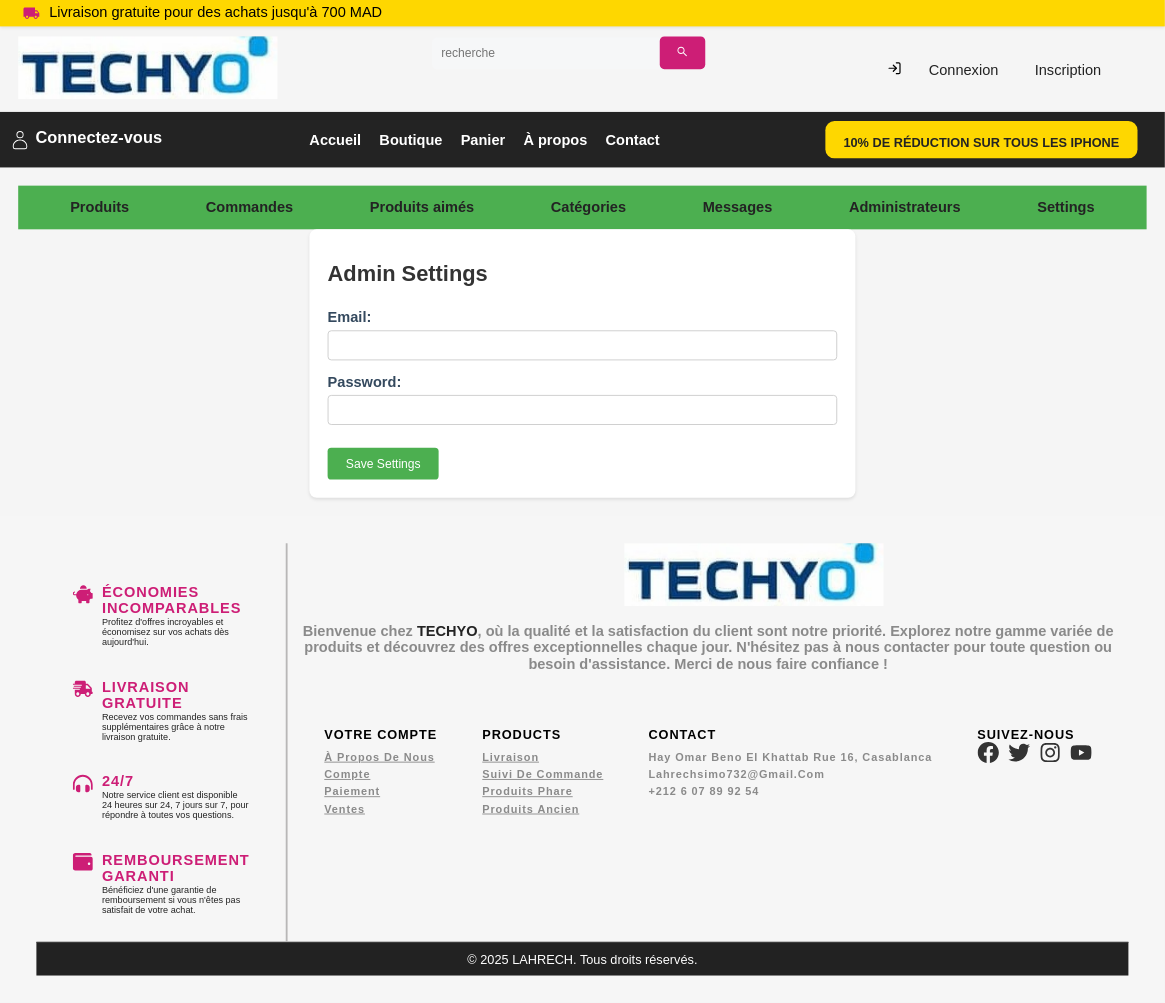
Repository: sebti-cloud/project-modern
Page: /admin-settings (app in ecommerce_website/)
The author's editor kept a copy of each file at every save. The page is drawn from the files as they stood at one save, then again after the next save.
The browser window is 1280 px wide. The pictures show the whole page, at 91% of full size.
The page's requests for data from a server got no answer. The project was rebuilt for these pictures with package versions that can differ from the ones it lists, and the page was loaded fresh each time. No one was signed in, and anything a server would have sent is missing. Also part of the build but not shown: ecommerce_website/src/comp/home.js, ecommerce_website/src/comp/shop.js, ecommerce_website/src/comp/cart.js, ecommerce_website/src/comp/contact.js, ecommerce_website/src/comp/rout.js, ecommerce_website/src/comp/Products.js, ecommerce_website/src/comp/Orders.js, ecommerce_website/src/comp/LikedProducts.js and 26 more.

Above is the page before, as saved 2025-01-08 13:03:49.

### ecommerce_website/src/styles/app.css
/* app.css */
body {
    font-family: Arial, sans-serif;
    margin: 0;
    padding: 0;
    background-color: #f5f5f5;
  }

  h1 {
    color: #333;
  }

  button {
    background-color: #007bff;
    color: white;
    border: none;
    padding: 10px 20px;
    cursor: pointer;
  }

  button:hover {
    background-color: #0056b3;
  }

### ecommerce_website/src/comp/admin.css
/* Style pour la navigation */
.admin-dashboard nav {
    background-color: #4CAF50;
    padding: 15px;
}

.admin-dashboard nav ul {
    list-style: none;
    padding: 0;
    margin: 0;
    display: flex;
    justify-content: space-around;
}

.admin-dashboard nav ul li {
    margin: 0 10px;
}

.admin-dashboard nav ul li a {
    color: #232323;
    text-decoration: none;
    font-weight: 600;
    font-size: 16px;
    transition: color 0.3s;
}

.admin-dashboard nav ul li a:hover {
    color: #f2f2f2;
}

/* Style général pour l'interface admin */
.admin-dashboard {
    font-family: Arial, sans-serif;
    color: #34495e;
    margin: 20px;
}

h1,
h2 {
    margin-top: 15px;
    color: #e74c3c;
    border-bottom: 2px ;
    padding-bottom: 5px;
}
.add_admin{
    margin-top: 15px;
    color: #2c3e50;
    border-bottom: 2px ;
    padding-bottom: 5px;
}

button {
    background-color: #3498db;
    color: white;
    border: none;
    padding: 10px 15px;
    cursor: pointer;
    transition: background-color 0.3s;
    border-radius: 5px;
}

button.validate {
    background-color: #27ae60;
    /* Vert pour Validate */
}

button.delete {
    background-color: #e74c3c;
    /* Rouge pour Delete */
    margin-left: 10px;
}

button:hover {
    background-color: #2980b9;
}

button.validate:hover {
    background-color: #2ecc71;
    /* Vert plus clair au survol */
}

button.delete:hover {
    background-color: #c0392b;
    /* Rouge plus foncé au survol */
}

/* Style des formulaires */
form input[type="text"],
form input[type="number"],
form input[type="file"],
form input[type="password"],
form select[name="role"]{
    padding: 10px;
    border: 1px solid #bdc3c7;
    border-radius: 5px;
    margin-right: 10px;
    width: calc(33% - 20px);
}

form button {
    background-color: #27ae60;
    margin-top: 10px;
}

form button:hover {
    background-color: #2ecc71;
}

/* Style des tableaux */
table {
    width: 100%;
    border-collapse: collapse;
    margin-top: 20px;
}

table thead {
    background-color: #2c3e50;
    color: white;
}

table th,
table td {
    padding: 15px;
    text-align: left;
    border-bottom: 1px solid #ddd;
}

table tbody tr:nth-child(even) {
    background-color: #f2f2f2;
}

table tbody tr:hover {
    background-color: #eaeaea;
}

table img {
    border-radius: 5px;
}

/* Style des messages */
.alert-success {
    color: #27ae60;
}

.alert-danger {
    color: #e74c3c;
}

.liked-products-table {
    width: 100%;
    border-collapse: collapse;
    margin-top: 20px;
}

.liked-products-table th,
.liked-products-table td {
    border: 1px solid #ddd;
    padding: 8px;
    text-align: center;
}



.product-image {
    width: 50px;
    height: 50px;
}

.delete-button {
    background-color: #ff4d4d;
    color: white;
    border: none;
    padding: 5px 10px;
    cursor: pointer;
    border-radius: 5px;
}

.delete-button:hover {
    background-color: #ff1a1a;
}

.products-table {
    width: 100%;
    border-collapse: collapse;
    margin-top: 20px;
}

.products-table th,
.products-table td {
    border: 1px solid #ddd;
    padding: 8px;
    text-align: center;
}

.products-table th {
    background-color: #f2f2f2;
    font-weight: bold;
}

.product-image {
    width: 50px;
    height: 50px;
}

.edit-button,
.delete-button {
    background-color: #4CAF50;
    /* Green */
    color: white;
    border: none;
    padding: 5px 10px;
    cursor: pointer;
    border-radius: 5px;
}

.edit-button {
    margin-right: 5px;
}

.delete-button {
    background-color: #ff4d4d;
    /* Red */
}

.edit-button:hover {
    background-color: #45a049;
}

.delete-button:hover {
    background-color: #ff1a1a;
}

.edit-form {
    margin-top: 20px;
    display: flex;
    flex-direction: column;
    align-items: center;
}

.edit-form input {
    margin: 5px;
    padding: 8px;
    width: 200px;
}

.update-button,
.cancel-button {
    margin: 5px;
    padding: 8px 15px;
    border: none;
    border-radius: 5px;
    cursor: pointer;
}

.update-button {
    background-color: #4CAF50;
    color: white;
}

.cancel-button {
    background-color: #ff4d4d;
    color: white;
}

.update-button:hover {
    background-color: #45a049;
}

.cancel-button:hover {
    background-color: #ff1a1a;
}

.products-table {
    width: 100%;
    border-collapse: collapse;
    margin-top: 20px;
}

.products-table th,
.products-table td {
    border: 1px solid #ddd;
    padding: 8px;
    text-align: center;
}

.products-table th {
    background-color: #2980b9;
    font-weight: bold;
}

.product-image {
    width: 50px;
    height: 50px;
}

.edit-button,
.delete-button,
.type-select {
    background-color: #4CAF50;
    /* Green */
    color: white;
    border: none;
    padding: 5px 10px;
    cursor: pointer;
    border-radius: 5px;
}

.edit-button {
    margin-right: 5px;
    margin-bottom: 10px;
}

.delete-button {
    background-color: #ff4d4d;
    /* Red */
}

.type-select{
    background-color: #fed700;

}
.type-select option{
    color: #232323;
    font-weight: 600;
}


.edit-button:hover {
    background-color: #45a049;
}

.delete-button:hover {
    background-color: #ff1a1a;
}

.edit-form {
    margin-top: 20px;
    display: flex;
    flex-direction: column;
    align-items: center;
}

.edit-form input,
.edit-form select {
    margin: 5px;
    padding: 8px;
    width: 200px;
}

.update-button,
.cancel-button {
    margin: 5px;
    padding: 8px 15px;
    border: none;
    border-radius: 5px;
    cursor: pointer;
}

.update-button {
    background-color: #4CAF50;
    color: white;
}

.cancel-button {
    background-color: #ff4d4d;
    color: white;
}

.update-button:hover {
    background-color: #45a049;
}

.cancel-button:hover {
    background-color: #ff1a1a;
}

form .details{
    padding: 10px;
    margin-top: 10px;
}

/* admin.css */
.button {
    padding: 5px 10px;
    margin-right: 10px; /* Espace entre les boutons */
    border: none;
    border-radius: 3px;
    color: white;
    cursor: pointer;
}

.button.validate {
    background-color: green;
}

.button.delete {
    background-color: red;
}

.alert {
    padding: 10px;
    margin-top: 10px;
    border-radius: 3px;
    font-weight: bold;
}

.alert.success {
    background-color: #d4edda;
    color: #155724;
}

.alert.error {
    background-color: #f8d7da;
    color: #721c24;
}
.admin-settings-link {
    display: flex;
    justify-content: flex-end;
    margin-right: 20px;
    margin-bottom: 10px; /* Espace entre le lien et le menu */
  }

  .settings-link {
    text-decoration: none;
    color: #000;
    display: flex;
    align-items: center;
    font-size: 16px;
  }

  .settings-icon {
    margin-right: 5px;
    font-size: 20px;
  }

  .settings-content {
    max-width: 600px;
    margin-top: 20px;
    margin: 0 auto;
    background: white;
    padding: 20px;
    box-shadow: 0 2px 4px rgba(0, 0, 0, 0.1);
    border-radius: 8px;
  }

  .settings-form .form-group {
    margin-bottom: 15px;
  }

  .settings-form .form-group label {
    display: block;
    margin-bottom: 5px;
    font-weight: bold;
  }

  .settings-form .form-group input {
    width: 100%;
    padding: 8px;
    border: 1px solid #ccc;
    border-radius: 4px;
  }

  .btn-save {
    background-color: #4CAF50;
    color: white;
    border: none;
    padding: 10px 20px;
    border-radius: 4px;
    cursor: pointer;
  }

  .btn-save:hover {
    background-color: #45a049;
  }

### ecommerce_website/src/comp/TrackOrder.css
* {
    margin: 0;
    padding: 0;
    box-sizing: border-box;
}

.main {
    width: 100%;
    height: 100vh;
    display: flex;
    justify-content: center;
    align-items: center;
    font-family: 'Poppins', sans-serif;
    flex-direction: column;
}

.main .head {
    text-align: center;
}

.main .head .head_1 {
    font-size: 30px;
    font-weight: 600;
    color: #333;
}

.main .head .head_1 span {
    color: #ff4732;
}

.main .head .head_2 {
    font-size: 16px;
    font-weight: 600;
    color: #333;
    margin-top: 3px;
}

.main ul {
    display: flex;
    margin-top: 80px;
}

.main ul li {
    list-style: none;
    display: flex;
    flex-direction: column;
    align-items: center;
}

.main ul li .icon {
    font-size: 35px;
    color: #ff4732;
    margin: 0 60px;
}

.main ul li .text {
    font-size: 14px;
    font-weight: 600;
    color: #ff4732;
}

/* Progress Div Css */
.main ul li .progress {
    width: 30px;
    height: 30px;
    border-radius: 50%;
    background-color: rgba(68, 68, 68, 0.781);
    margin: 14px 0;
    display: grid;
    place-items: center;
    color: #fff;
    position: relative;
    cursor: pointer;
}

.progress::after {
    content: " ";
    position: absolute;
    width: 125px;
    height: 5px;
    background-color: rgba(68, 68, 68, 0.781);
    right: 30px;
}

.one::after {
    width: 0;
    height: 0;
}

.main ul li .progress .uil {
    display: none;
}

.main ul li .progress p {
    font-size: 13px;
}

/* Active Css */
.main ul li .active {
    background-color: #ff4732;
    display: grid;
    place-items: center;
}

li .active::after {
    background-color: #ff4732;
}

.main ul li .active p {
    display: none;
}

.main ul li .active .uil {
    font-size: 20px;
    display: flex;
}

/* Responsive Css */
@media (max-width: 980px) {
    .main ul {
        flex-direction: column;
    }

    .main ul li {
        flex-direction: row;
    }

    .main ul li .progress {
        margin: 0 30px;
    }

    .progress::after {
        width: 5px;
        height: 55px;
        bottom: 30px;
        left: 50%;
        transform: translateX(-50%);
        z-index: -1;
    }

    .one::after {
        height: 0;
    }

    .main ul li .icon {
        margin: 15px 0;
    }
}

@media (max-width: 600px) {
    .head .head_1 {
        font-size: 24px;
    }

    .head .head_2 {
        font-size: 16px;
    }
}

### ecommerce_website/src/comp/register.css
/* Styles pour le conteneur d'inscription uniquement */
.register-page {
    height: 100vh;
    display: flex;
    justify-content: center;
    align-items: center;
    background: linear-gradient(135deg, #ff9a9e 0%, #fad0c4 100%);
    margin: 0;
    padding: 0;
    font-family: 'Arial', sans-serif;
  }

  .register-container {
    width: 100%;
    max-width: 400px;
    background: #fff;
    padding: 40px;
    border-radius: 10px;
    box-shadow: 0 4px 8px rgba(0, 0, 0, 0.1);
  }

  .register-form-container {
    display: flex;
    flex-direction: column;
    align-items: center;
  }

  h2 {
    margin-bottom: 20px;
    color: #333;
  }

  .input-group {
    width: 100%;
    margin-bottom: 20px;
  }

  .input-group label {
    display: block;
    margin-bottom: 5px;
    color: #666;
  }

  .input-group input, .input-group textarea {
    width: 100%;
    padding: 10px;
    border: 1px solid #ddd;
    border-radius: 5px;
    transition: all 0.3s;
  }

  .input-group.name input, .input-group.phone input, .input-group.password input, .input-group.email input, .input-group.address textarea {
    width: 100%;
  }

  .input-group input:focus, .input-group textarea:focus {
    border-color: #ff6f61;
    box-shadow: 0 0 8px rgba(255, 111, 97, 0.3);
    outline: none;
  }

  .register-button {
    width: 100%;
    padding: 10px 0;
    background: #ff6f61;
    color: #fff;
    border: none;
    border-radius: 5px;
    font-weight: bold;
    cursor: pointer;
    transition: all 0.3s;
  }

  .register-button:hover {
    background: #e65c53;
  }

### ecommerce_website/src/comp/login.css
/* Styles pour le conteneur de connexion uniquement */
.login-page {
    height: 100vh;
    display: flex;
    justify-content: center;
    align-items: center;
    background: linear-gradient(135deg, #ff9a9e 0%, #fad0c4 100%);
    margin: 0;
    padding: 0;
    font-family: 'Arial', sans-serif;
}

.login-container {
    width: 100%;
    max-width: 400px;
    background: #fff;
    padding: 40px;
    border-radius: 10px;
    box-shadow: 0 4px 8px rgba(0, 0, 0, 0.1);
}

.login-form-container {
    display: flex;
    flex-direction: column;
    align-items: center;
}

h2 {
    margin-bottom: 20px;
    color: #333;
}

.input-group {
    width: 100%;
    margin-bottom: 20px;
}

.input-group label {
    display: block;
    margin-bottom: 5px;
    color: #232323;
}

.input-group input {
    width: 100%;
    padding: 10px;
    border: 1px solid #ddd;
    border-radius: 5px;
    transition: all 0.3s;
}

.input-group.password input {
    width: 100%;
    /* Augmenter la largeur à 100% du conteneur parent */
}


.input-group input:focus {
    border-color: #ff6f61;
    box-shadow: 0 0 8px rgba(255, 111, 97, 0.3);
    outline: none;
}

.login-button {
    width: 100%;
    padding: 10px 0;
    background: #ff6f61;
    color: #fff;
    border: none;
    border-radius: 5px;
    font-weight: bold;
    cursor: pointer;
    transition: all 0.3s;
    margin-bottom: 10px;
}

.login-button:hover {
    background: #e65c53;
}

.google-login-button {
    width: 100%;
    padding: 10px 0;
    background: #4285f4;
    color: #fff;
    border: none;
    border-radius: 5px;
    font-weight: bold;
    cursor: pointer;
    transition: all 0.3s;
}

.google-login-button:hover {
    background: #357ae8;
}

.signup-link {
    margin-top: 20px;
    color: #666;
    font-size: 14px;
}

.signup-link a {
    color: #4285f4;
    text-decoration: none;
}

.signup-link a:hover {
    text-decoration: underline;
}

### ecommerce_website/src/comp/UserProfile.css
.profile-container {
    display: flex;
    flex-direction: column;
    align-items: center;
    padding: 20px;
    background-color: #f5f5f5;
    border-radius: 10px;
    box-shadow: 0 0 10px rgba(0, 0, 0, 0.1);
  }

  .profile-title {
    font-size: 24px;
    font-weight: bold;
    margin-bottom: 20px;
  }

  .profile-photo {
    width: 150px;
    height: 150px;
    border-radius: 50%;
    object-fit: cover;
    margin-bottom: 20px;
  }

  .profile-placeholder {
    font-size: 18px;
    color: #888;
    margin-bottom: 20px;
  }

  button {
    background-color: #4caf50;
    color: white;
    padding: 10px 20px;
    border: none;
    border-radius: 5px;
    cursor: pointer;
  }

  button:hover {
    background-color: #45a049;
  }

  input[type="file"] {
    margin-bottom: 20px;
  }

### ecommerce_website/src/comp/contact.css
* {
    margin: 0;
    padding: 0;
    font-family: sans-serif;
    box-sizing: border-box;
}

.contact {
    padding: 20px 40px;
    width: 100%;
}

.contact .container {
    padding: 10px 20px;
    max-width: 100%;
}

.contact .container .form {
    width: 500px;
    background: #f6f6f6;
    padding: 20px 30px;
    box-shadow: rgba(0, 0, 0, 0.24) 0px 3px 8px;
    margin: 0px auto;
    border-top: 3px solid #fed700;
    border-radius: 5px;
}

.contact .container .form h2 {
    color: #cd1e76;
    text-transform: uppercase;
    font-size: 18px;
    letter-spacing: 1px;
    font-weight: 600;
}

.contact .container .form .box {
    display: flex;
    margin-top: 20px;
    justify-content: space-between;
    width: 100%; /* Assure la pleine largeur de la boîte */
}

.contact .container .form .box .label h4 {
    margin-left: 30px;
    color: #232323;
    font-size: 14px;
    font-weight: 600;
    margin-top: 10px;
}

.contact .container .form .box .input input,
.contact .container .form .box .input textarea {
    width: calc(100% - 40px); /* Ajuste la largeur pour permettre un padding */
    margin-right: 16px; /* Correction de la marge */
    border: none;
    outline: none;
    background: none;
    border-bottom: 2px solid #8a8a8a;
    padding: 10px 20px;
}

.contact .container .form .box .input textarea {
    resize: none;
}

.contact .container .form button {
    margin-top: 20px;
    margin-left: 30px;
    padding: 10px 30px;
    color: #232323;
    border: none;
    outline: none;
    background: #fed700;
    cursor: pointer;
}

Loaded but not shown: ecommerce_website/public/index.html (common file); ecommerce_website/src/App.js (298 lines, source omitted); ecommerce_website/src/comp/nav.js (164 lines, source omitted); ecommerce_website/src/comp/footer.js (127 lines, source omitted); ecommerce_website/src/comp/AdminSettings.js (140 lines, source omitted); ecommerce_website/src/comp/home_product.js (112 lines, source omitted); ecommerce_website/src/index.js (22 lines, source omitted); ecommerce_website/src/comp/home.css (648 lines, source omitted); ecommerce_website/src/comp/shop.css (317 lines, source omitted); ecommerce_website/src/comp/cart.css (240 lines, source omitted); ecommerce_website/src/comp/nav.css (230 lines, source omitted); ecommerce_website/src/comp/footer.css (166 lines, source omitted)

After the next save:
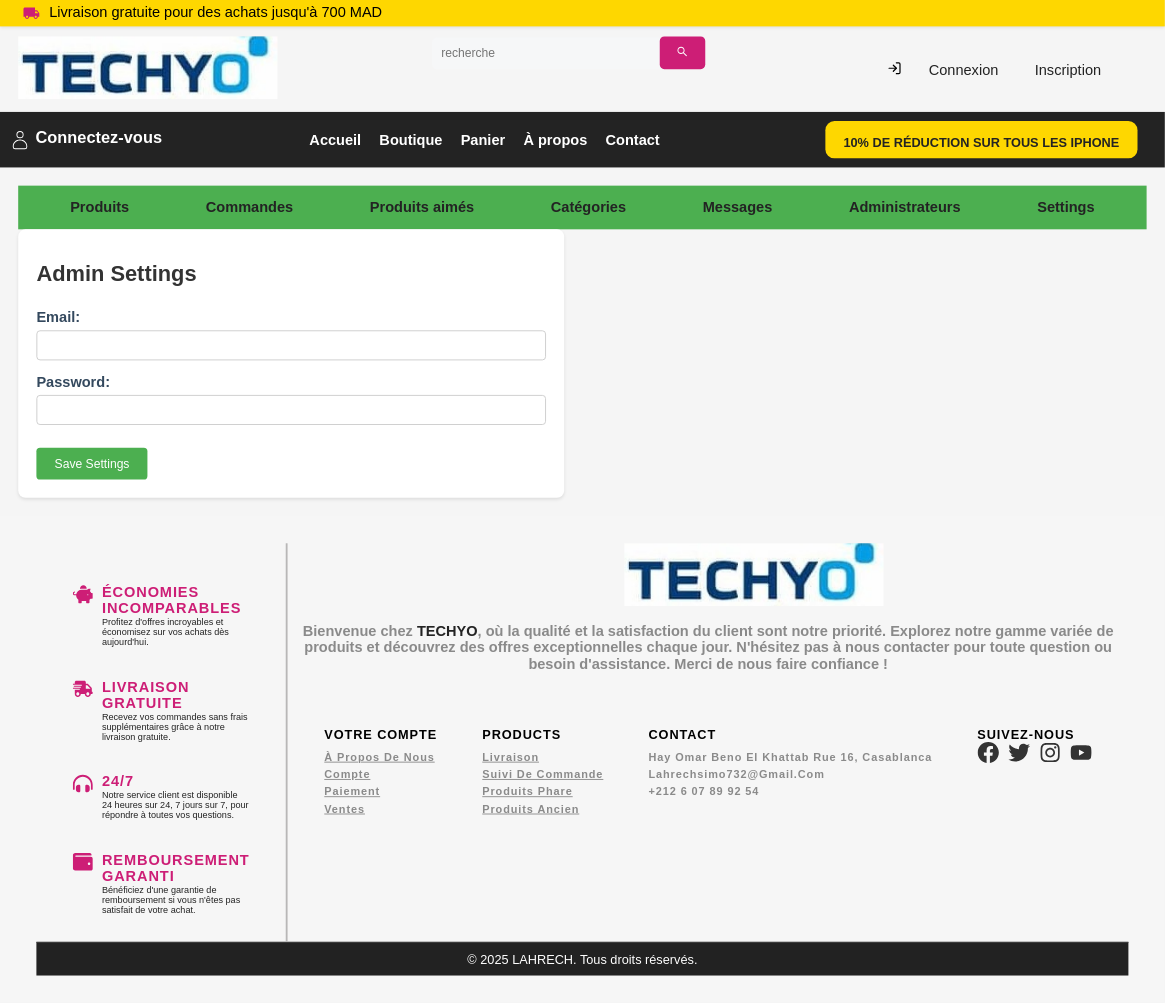
Saved 12 s later.
--- a/ecommerce_website/src/comp/admin.css
+++ b/ecommerce_website/src/comp/admin.css
@@ -436,7 +436,7 @@
   .settings-content {
     max-width: 600px;
     margin-top: 20px;
-    margin: 0 auto;
+    margin: 0 ;
     background: white;
     padding: 20px;
     box-shadow: 0 2px 4px rgba(0, 0, 0, 0.1);

After the save that followed:
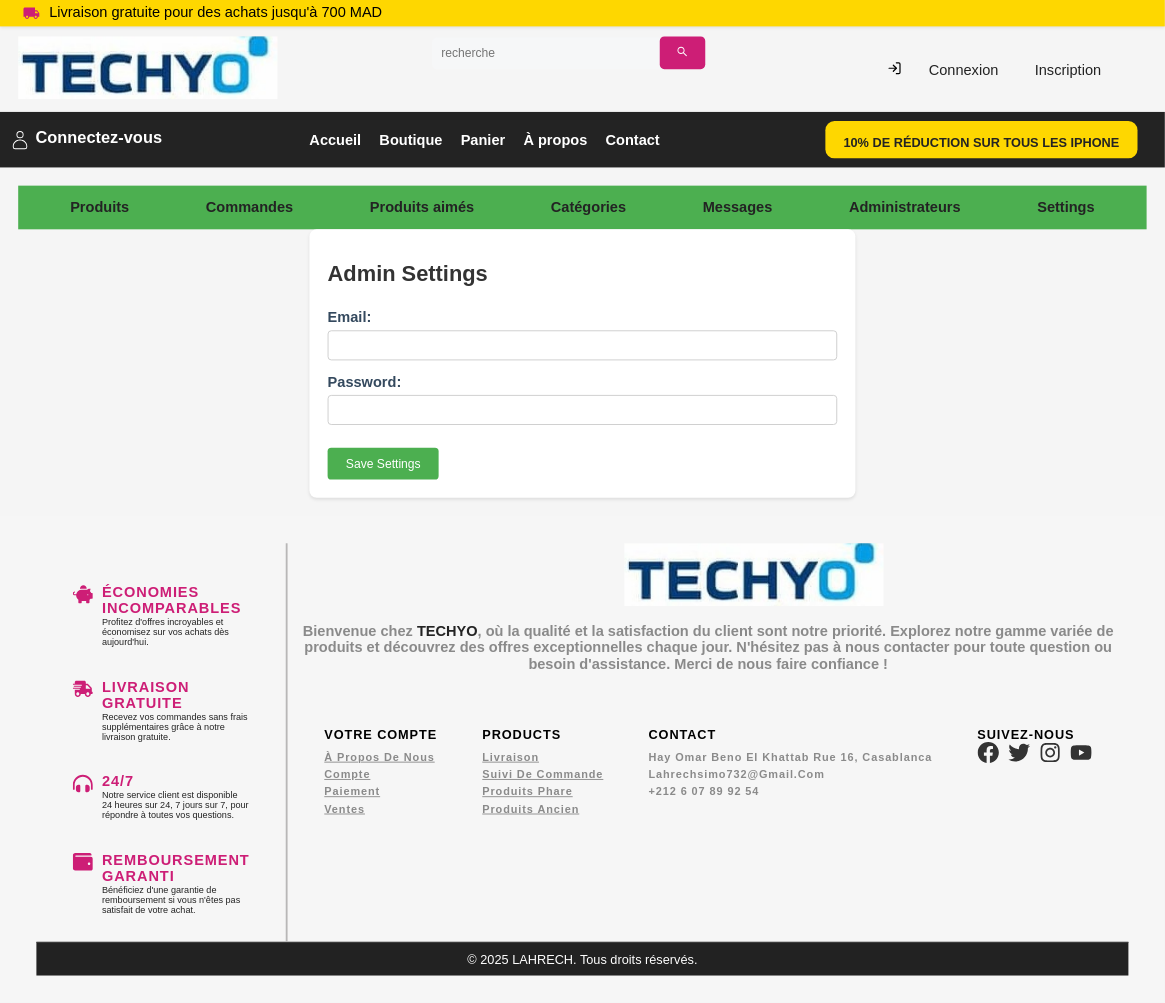
Saved 6 s later.
--- a/ecommerce_website/src/comp/admin.css
+++ b/ecommerce_website/src/comp/admin.css
@@ -436,7 +436,7 @@
   .settings-content {
     max-width: 600px;
     margin-top: 20px;
-    margin: 0 ;
+    margin: 0 auto;
     background: white;
     padding: 20px;
     box-shadow: 0 2px 4px rgba(0, 0, 0, 0.1);
